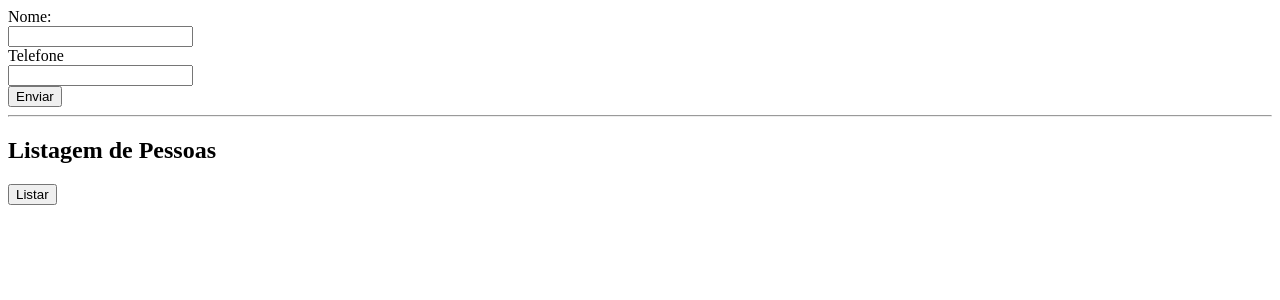
Repository: NicholasMaestrello/treinamento-impacta
Page: DesenvolvimentoJava/Modulo06/06_indexedDB/WebContent/exemplo_indexed_db.html
An editor plug-in stored every save of this project. The page is shown before and after the next save, followed by the edit.
The browser window is 1280 px wide. The pictures show the whole page.
Some web libraries are served in a nearby version.

Above is the page before, as saved 2017-10-23 17:35:55.
Console error: TypeError: Cannot read properties of undefined (reading 'open')

### DesenvolvimentoJava/Modulo06/06_indexedDB/WebContent/exemplo_indexed_db.html
<!DOCTYPE html>
<html>
<head>
<meta charset="UTF-8" />
<meta name="viewport" content="width=device-width, initial-scale=1.0" />
<title>Indexed DB</title>
</head>
<body>
	<form>
		<div id="mensagemdb"></div>
		<div>
			<label>Nome: </label><br/>
			<input type="text" id="nome" name="nome" /><br/>
		</div>
		<div>
			<label>Telefone </label><br/>
			<input type="tel" id="telefone" name="telefone" /><br/>
		</div>

		<input type="button" id="btnEnviar" value="Enviar" />
		<hr/>
		<h2>Listagem de Pessoas</h2>
		<input type="button" id="btnListar" value="Listar" />
		<br/>

		<div>
			<ul id="listaPessoas"></ul>
		</div>
	</form>

	<script src="https://code.jquery.com/jquery-3.2.1.min.js" type="text/javascript"></script>
	<script type="text/javascript">
		let request, db;
		// abrindo ou cirando o banco de dados

		request = window.indexedDb.open("DBPessoas");

		// eventos usados ao abrir o banco de dadeos

		request.onerror = function(event) {
			$("#mensagemdb").html("Erro ao abrir o banco de dados");
		}

		request.onsuccess = function(event) {
			$("#mensagemdb").html("Banco de dados aberto com sucesso");
			db = event.target.result;
		}

		request.onupgradeneeded = function(event){
			$("#mensagemdb").html("Banco de dados preparado");
			db = event.target.result;

			let objectStore = db.createObjectStore("pessoas",
					{keyPath: "nome"})
		}

		// evento para incluir um novo registro
		$("#btnEnviar").click(function(){
			let nome = $("#nome").val();
			let telefone = $("#telefone").val();

			let transaction = db.transaction(["pessoas"], "readwrite");
			transaction.oncomplete = function(event){
				$("#mensagemdb").html("registro incluido");
			}
			transaction.onerror = function(event){
				$("#mensagemdb").html("ocorreu um erro");
			}
		})

		let objectStore = transaction.objectStore("pessoas");
		objectStore.add({nome, telefone});
	</script>
</body>
</html>

After the next save:
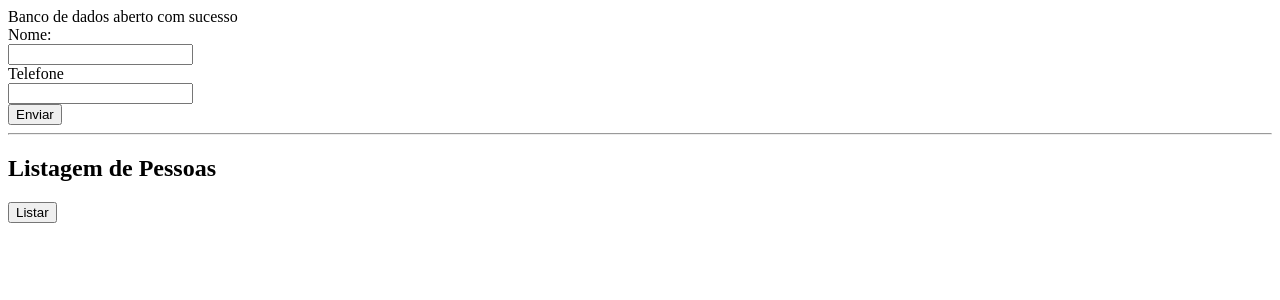
Console error: ReferenceError: transaction is not defined
Saved 32 min 53 s later.
--- a/DesenvolvimentoJava/Modulo06/06_indexedDB/WebContent/exemplo_indexed_db.html
+++ b/DesenvolvimentoJava/Modulo06/06_indexedDB/WebContent/exemplo_indexed_db.html
@@ -33,7 +33,7 @@
 		let request, db;
 		// abrindo ou cirando o banco de dados
 
-		request = window.indexedDb.open("DBPessoas");
+		request = window.indexedDB.open("DBPessoas");
 
 		// eventos usados ao abrir o banco de dadeos
 
